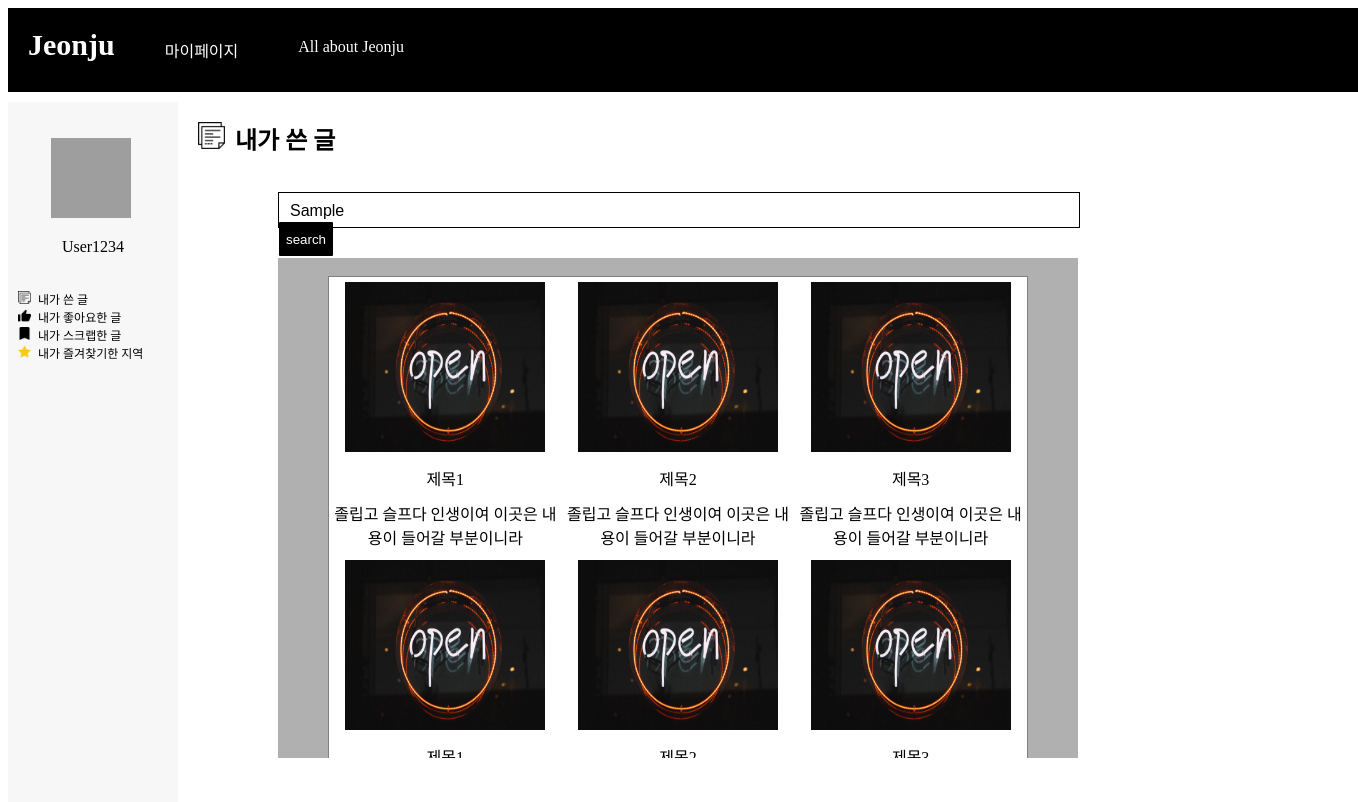
Repository: wka99/WEB-PROJECT
Page: Jeonju/WebContent/UserPage.html
An editor plug-in stored every save of this project. The page is shown before and after the next save, followed by the edit.
The browser window is 1280 px wide. The page is 1358 px wide, so the pictures cover 1358 px, including what lies to the right of the window. The pictures show the whole page.
Empty fields were first filled with sample values (such as "Sample", 5 or name@example.com).
After loading, the first visible `#searchbutton` was clicked once.
Pictures or frames that could not be fetched are drawn as grey boxes. An inner scrolling area shows only its first screen. Some web libraries are served in a nearby version.

Above is the page before, as saved 2018-11-29 08:11:43.

### Jeonju/WebContent/UserPage.html
<!DOCTYPE html>
<html>
<head>
<meta content="text/html" charset="EUC-KR">
<script src="https://code.jquery.com/jquery-3.2.1.min.js"></script>
<script>
$(document).ready(function(){
    $("#searchbutton").click(function(event){
    	var keyword=$(".searchtext").val();
    	alert(keyword);
    	$("#user-table>tr>td").hide();
    });
})
</script>
<title>전주 mypage</title>
<link rel="stylesheet" type="text/css" href="NewFile.css">
</head>
<body>
<div id="container">
	<ul class="menubar">
		<li class="h"><a class="title" href="##"><b>Jeonju</b></a></li>
		<li class="h"><a class="h" href="UserPage.html">마이페이지</a>
			<ul>
				<li><a href="UserPage.html">내가 쓴 글</a></li>
				<li><a href="UserPage2.html">내가 좋아요한 글</a></li>
				<li><a href="UserPage3.html">내가 스크랩한 글</a></li>
				<li><a href="UserPage4.html">내가 즐겨찾기한 글</a></li>
			</ul>
		</li>
		<li class="h"><a class="h" href="##">All about Jeonju</a></li>
	</ul>
    <nav>
    	<br><br>
    	<img id="userImg" src="user.png" width="80px" height="80px"></img>
    	<br><p align="center">User1234</p><br></a>
	<div class="menu">
    	<img id="usermenuimg" src="paper.png"></img>
    	<a href="UserPage.html"><span>&nbsp;내가 쓴 글</span><br></a>
    	<img id="usermenuimg" src="thumb-up-button.png"></img>
    	<a href="UserPage2.html"><span>&nbsp;내가 좋아요한 글</span><br></a>
    	<img id="usermenuimg" src="bookmark-ribbon.png"></img>
    	<a href="UserPage3.html"><span>&nbsp;내가 스크랩한 글</span><br></a>
    	<img id="usermenuimg" src="star.png"></img>
    	<a href="UserPage4.html"><span>&nbsp;내가 즐겨찾기한 지역</span></a>
	</div>
    </nav>
    <section>
    	<div class="title">
    		<img class="bigMenu" id="내가 쓴 글" src="paper.png" width="27px" height="27px"></img>
    		<b><font size="5">&nbsp;내가 쓴 글</font></b>
    	</div>
    	<br><br>

    	<div class="searchwindow">
    		<input type="text" class="searchtext" value=""/>
    		<button id="searchbutton" type="button" class="search">search</button>
    	</div>

    	<br><br>
    	<div class="myPost">
    	<br>
    	<table id="user-table">
    		<tr>
				<td><img src="ds.jpg" width="200px" height="170px"></td>
				<td><img src="ds.jpg" width="200px" height="170px"></td>
				<td><img src="ds.jpg" width="200px" height="170px"></td>
    		</tr>
    		<tr>
    			<td height="10px">제목1</td>
				<td height="10px">제목2</td>
				<td height="10px">제목3</td>
    		</tr>
    		<tr>
    			<td height="50px">졸립고 슬프다 인생이여 이곳은 내용이 들어갈 부분이니라</td>
				<td height="50px">졸립고 슬프다 인생이여 이곳은 내용이 들어갈 부분이니라</td>
				<td height="50px">졸립고 슬프다 인생이여 이곳은 내용이 들어갈 부분이니라</td>
    		</tr>
    		<tr>
				<td><img src="ds.jpg" width="200px" height="170px"></td>
				<td><img src="ds.jpg" width="200px" height="170px"></td>
				<td><img src="ds.jpg" width="200px" height="170px"></td>
    		</tr>
    		<tr>
    			<td height="10px">제목1</td>
				<td height="10px">제목2</td>
				<td height="10px">제목3</td>
    		</tr>
    		<tr>
    			<td height="50px">졸립고 슬프다 인생이여 이곳은 내용이 들어갈 부분이니라</td>
				<td height="50px">졸립고 슬프다 인생이여 이곳은 내용이 들어갈 부분이니라</td>
				<td height="50px">졸립고 슬프다 인생이여 이곳은 내용이 들어갈 부분이니라</td>
    		</tr>
    	</table>
    	</div>
    </section>
</div>
</body>
</html>

### Jeonju/WebContent/NewFile.css
	#container{
		width:1350px;
		margin:0px auto;
	}
	header{
		    		width:100%;
                    height:50px;
                    background-color:black;
                    color:white;
                   }
    .menubar{
    	list-style-type:none;
    	margin:0;
    	padding:0;
    	overflow:hidden;
    	background-color:black;
    }
    li.h{
    	float:left;
    	solid #bbb;
    }
    li.h a.h{
    	display:block;
    	color:white;
    	text-align:center;
    	padding:30px;
    	text-decoration:none;
    }
    li.h a.title{
    	display:block;
    	color:white;
    	text-align:center;
    	padding:20px 20px;
    	text-decoration:none;
    	font-size:30px;
    }
    .menubar li ul{
    	opacity:0.8;
		background: rgb(109,109,109);
		display:none; /* 평상시에는 드랍메뉴가 안보이게 하기 */
		height:auto;
		padding:0px;
		margin:0px;
		border:0px;
		position:absolute;
		width:200px;
		z-index:200;
	}
	.menubar li:hover ul{
		display:block; /* 마우스 커서 올리면 드랍메뉴 보이게 하기 */
	}
	.menubar li li {
	background: rgb(109,109,109);
	display:block;
	float:none;
	margin:0px;
	padding:0px;
	width:200px;
	}
	.menubar li:hover li a{
	background:none;
	}
	.menubar li ul a{
	display:block;
    color:white;
    text-align:left;
    text-decoration:none;
    padding:15px;
	}
	.menubar li ul a:hover, .menubar li ul li:hover a{
	background: rgb(71,71,71);
	border:0px;
	color:#ffffff;
	text-decoration:none;
	}
    li.h a.h:hover{background-color:#dfdfdf;}

    .searchwindow {
	display: inline-block;
	width: 800px; height: 34px;
	border: 1px solid black;
	background: white;
	align:center;
	margin-left:100px;
	}
	.searchtext {
		width: 731px; height: 21px;
		margin: 6px 0 0 9px;
		border: 0;
		line-height: 21px;
		font-size: 16px;
		outline: none;
	}
	.search {
		width: 54px; height: 34px;
		margin: 0; border: 0;
		vertical-align: top;
		background: black;
		color: white;
		border-radius: 1px;
		cursor: pointer;
	}
	.search:hover {
		background: #faa93e;
	}

    nav{
            float:left;
            margin-top:10px;
            background-color:#f7f7f7;
            width:170px;
            height:700px;}
    section{
    		float:left;
    	}
    #userImg{margin-left:43px;}
    #usermenuimg{margin-left:10px;width:13px;height:13px;}
	.menu{margin-bottom:5px;}
    nav span{font-size:12px;}
    .menu a{color:black;text-decoration:none;}
    header a{color:white;text-decoration:none;}
    .bigMenu{margin-left:20px; margin-top:30px;}
    .myPost{width:800px; height:500px; margin-left:100px; overflow:auto; background-color:#b0b0b0;}
    #user-table{margin:0 auto;text-align:center;border-collapse:collapse;width:700px;
                border:1px solid gray; background-color:white;}
    #user-table td{padding:5px;}

After the next save:
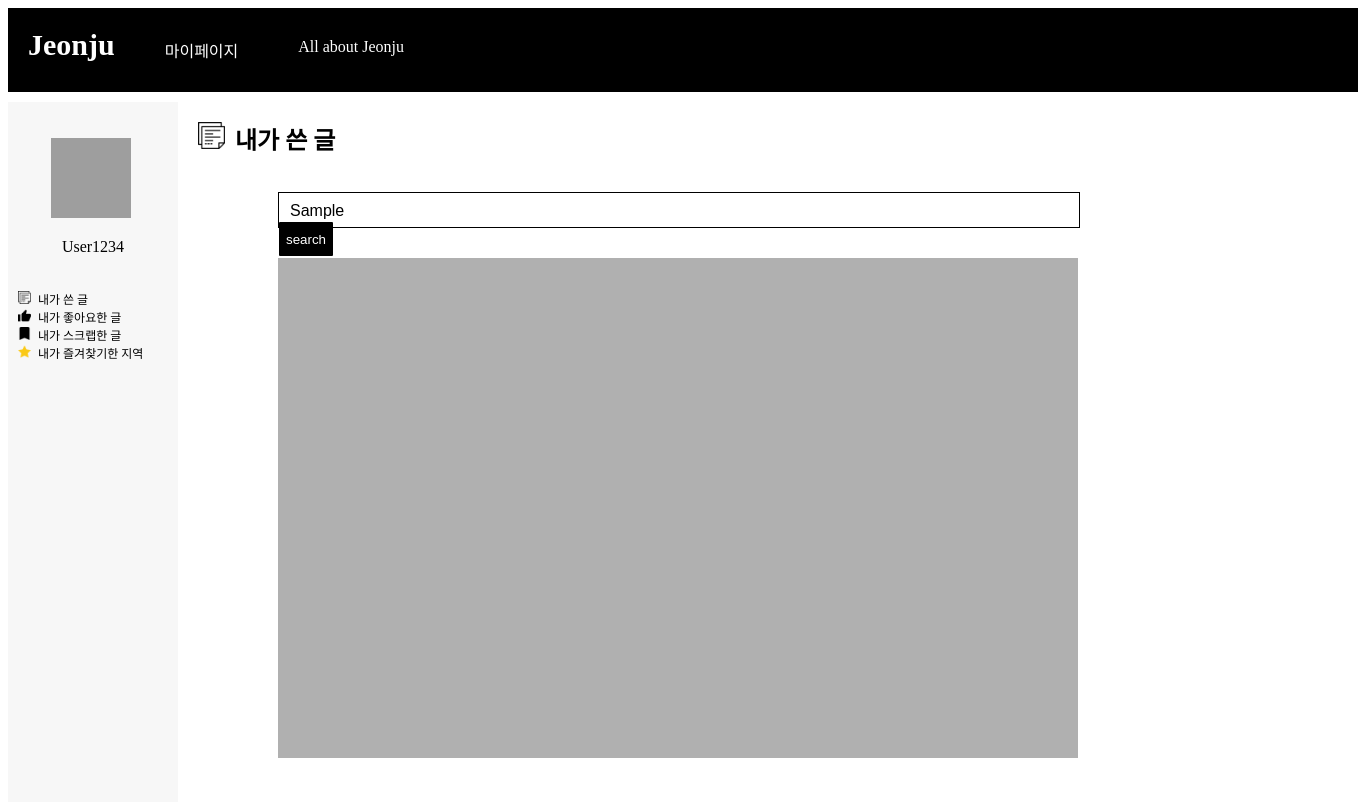
Saved 2 min 26 s later.
--- a/Jeonju/WebContent/UserPage.html
+++ b/Jeonju/WebContent/UserPage.html
@@ -8,7 +8,9 @@ $(document).ready(function(){
     $("#searchbutton").click(function(event){
     	var keyword=$(".searchtext").val();
     	alert(keyword);
-    	$("#user-table>tr>td").hide();
+    	$("#user-table>tbody>tr").hide();
+    	var temp=$("#user-table>tbody>tr>td:contains('"+keyword+"')");
+    	$(temp).parent().show();
     });
 })
 </script>
@@ -60,6 +62,7 @@ $(document).ready(function(){
     	<div class="myPost">
     	<br>
     	<table id="user-table">
+    		<tbody>
     		<tr>
 				<td><img src="ds.jpg" width="200px" height="170px"></td>
 				<td><img src="ds.jpg" width="200px" height="170px"></td>
@@ -90,6 +93,7 @@ $(document).ready(function(){
 				<td height="50px">졸립고 슬프다 인생이여 이곳은 내용이 들어갈 부분이니라</td>
 				<td height="50px">졸립고 슬프다 인생이여 이곳은 내용이 들어갈 부분이니라</td>
     		</tr>
+    		</tbody>
     	</table>
     	</div>
     </section>
